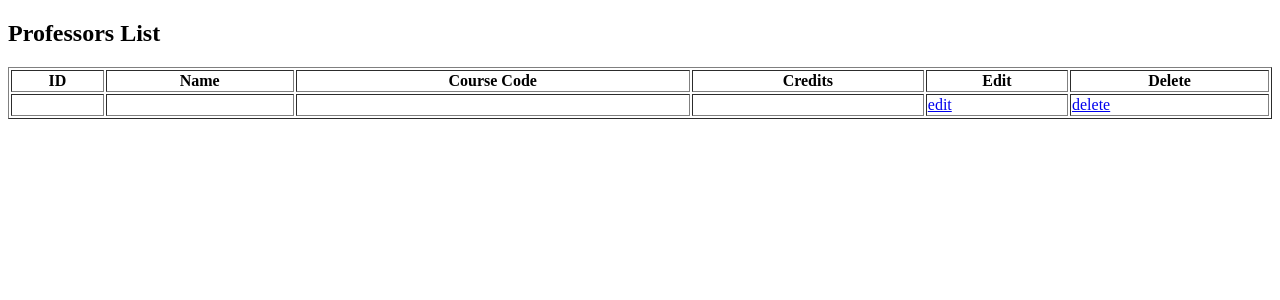
Repository: MuhammadAbdullahIqbal23/eclipse-workspace
Page: http://localhost/mvcproject/viewprofessors
An editor plug-in stored every save of this project. The page is shown before and after the next save, followed by the edit.
The browser window is 1280 px wide. The pictures show the whole page.
The page is served by Tomcat 9. Queries for data that is not in the repository find no rows.

Above is the page before, as saved 2024-06-01 09:17:12.

After the next save:
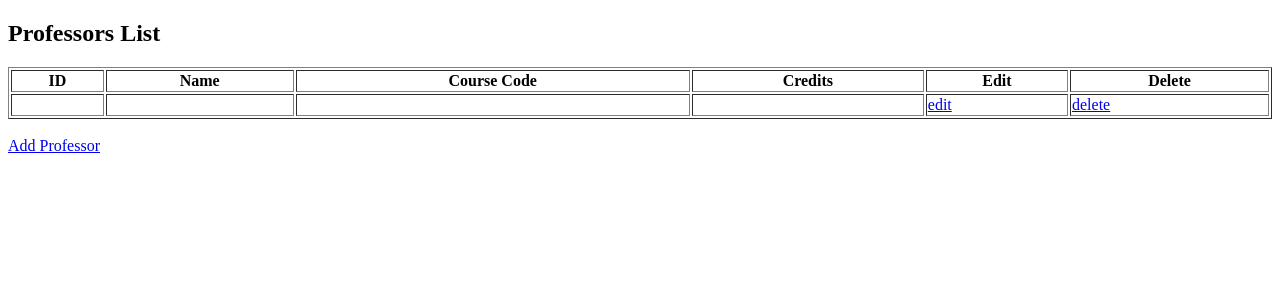
Saved 3 min 16 s later.
--- a/mvcproject/src/main/webapp/WEB-INF/jsp/viewprofessors.jsp
+++ b/mvcproject/src/main/webapp/WEB-INF/jsp/viewprofessors.jsp
@@ -25,6 +25,7 @@
         </tr>
     </c:forEach>
 </table>
-
+<br/>
+   <a href="empform">Add Professor</a>
 </body>
 </html>
